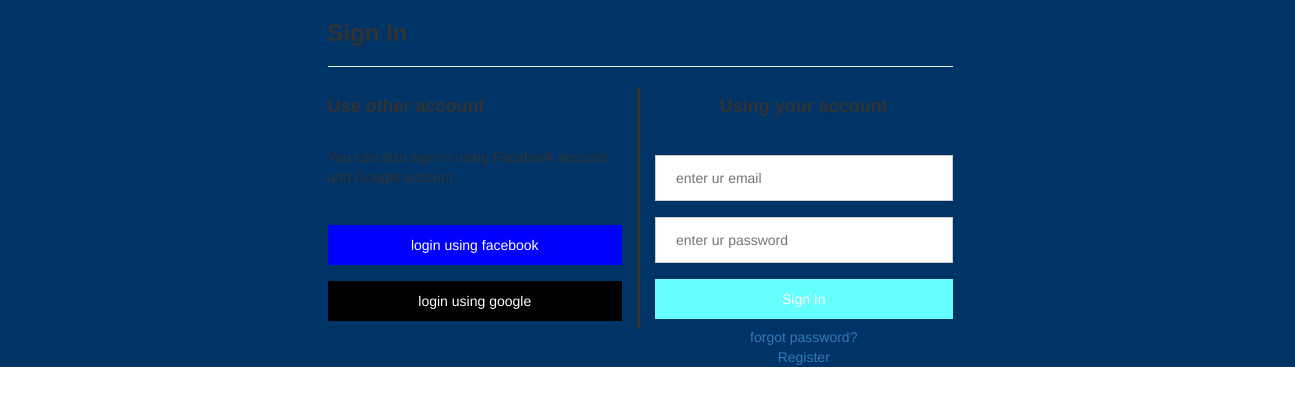
Repository: sujay-a-v/FunctionalPrograms
Page: http://localhost/CollegeApp/Signin.jsp
The author's editor kept a copy of each file at every save. The page is drawn from the files as they stood at one save, then again after the next save.
The browser window is 1280 px wide. The page is 1295 px wide, so the pictures cover 1295 px, including what lies to the right of the window. The pictures show the whole page.
Some web libraries are served in a nearby version. The page is served by Tomcat 9. Other server files are loaded and not shown.

Above is the page before, as saved 2017-10-29 05:39:25.
Console error: ReferenceError: $ is not defined

### Sujay/Servlet/CollegeApp/WebContent/Signin.jsp
<%@ page language="java" contentType="text/html; charset=UTF-8"
    pageEncoding="UTF-8"%>
<!DOCTYPE html PUBLIC "-//W3C//DTD HTML 4.01 Transitional//EN" "http://www.w3.org/TR/html4/loose.dtd">
<html>

<head>
<meta http-equiv="Content-Type" content="text/html; charset=UTF-8">
<title>LogIn page</title>
 <script type="text/javascript" src="javaScript/forgetpassword.js"></script>
<link href="cssFolder/login.css" rel="stylesheet" type="text/css">

<link rel="stylesheet" href="https://maxcdn.bootstrapcdn.com/bootstrap/3.3.7/css/bootstrap.min.css">
  <script src="https://ajax.googleapis.com/ajax/libs/jquery/3.2.1/jquery.min.js"></script>
  <script src="https://maxcdn.bootstrapcdn.com/bootstrap/3.3.7/js/bootstrap.min.js"></script>

</head>

<body >

<%
response.setHeader("Cache-Control", "no-cache");
response.setHeader("Cache-Control", "no-store");
response.setHeader("Pragma", "no-cache");
response.setDateHeader("Expires", 0);
String error = (String) session.getAttribute("error");

if(error!=null || error!="")
{
	error=null;
%>

	<!-- <p>Email or Password wrong</p>  -->

	<!-- <script >
	alert("Email or Password wrong");
	</script> -->
<%}

 %>

<!-- <div class="container"> -->
	<!-- <form name="loginpage" action="Verify" method="post"> -->
		<div align="center" >


				<div class="row" style="background-color: #003366">
					<div class="col-sm-3"></div>
					<div class="col-sm-6">
						<h3 align="left"><b>Sign In</b></h3>
						<hr >

						<div class="row">
							<div class="col-sm-6 vert">
								<h4 align="left"><b>Use other account</b></h4>
								<br>
								<p align="left" style="font-size:10">You can also sign in using Facebook account and Google
									account</p>
								<br>

								<button type="button" class="fbbutton" onclick="#">login using facebook</button>
								<br>

								<button type="button" class="gbutton">login using google</button>
								<br>

							</div>

							<div class="col-sm-6">

								<form name="loginpage" action="Verify" method="post">

								<h4 align="center"><b>Using your account</b></h4>
								<br> <input type="text" name="email"
									placeholder="enter ur email"> <br> <input
									type="password" name="Password" placeholder="enter ur password">
								<br> <input type="submit" value="Sign In"> <br>
								<!-- <a href="#" align="left">forgot password?</a><br> -->
								<a data-toggle="modal" data-target="#myModal" style="align:'left'">forgot password?    </a><br>
								<a href="Register.jsp">Register</a>

								</form>

							</div>


						</div>


					</div>
					<div class="col-sm-3"></div>
				</div>
			</div>
		</div>

	<!-- </div> -->


	<div class="modal fade" id="myModal" role="dialog">
    <div class="modal-dialog">

      <!-- Modal content-->
      <div class="modal-content">
        <div class="modal-header">
          <button type="button" class="close" data-dismiss="modal">&times;</button>
          <h4 class="modal-title">Forget Password</h4>
        </div>
        <!-- <form action="ForgetPW" method="post"> -->
        <div class="modal-body">
          <p>Enter your email</P>
          <input type="text" name="email" id="email">
        </div>
        <div class="modal-footer">

          <button type="button" class="btn btn-default" data-dismiss="modal">Close</button>
          <button type="submit" class="btn btn-default" onclick="forget()" >submit</button>

        </div>
       <!--  </form> -->
      </div>

    </div>
  </div>

  <!-- Modal -->
  <div class="modal fade" id="myModal1" role="dialog">
    <div class="modal-dialog">

      <!-- Modal content-->
      <div class="modal-content">

        <div class="modal-body">
          <p>your password .</p>

          <p ></p>
        </div>
        <div class="modal-footer">
          <button type="button" class="btn btn-default" data-dismiss="modal">Close</button>
        </div>
      </div>

    </div>
  </div>

</body>
</html>

### Sujay/Servlet/CollegeApp/WebContent/javaScript/forgetpassword.js
$('document').ready(function() {
	});

	function forget(){
		$.ajax({
			url : 'ForgetPW',
			type : 'post',
			data : {
				email : $("#email").val(),
			},
			success : function(data) {

				/*$('#password').val(data),*/
				$('#myModal').modal('hide');
				/*$('#myModal1').html(data).modal('show');*/
				alert("Your password is \n \n"+data);

			}

		});
	}

### Sujay/Servlet/CollegeApp/WebContent/cssFolder/login.css
@CHARSET "UTF-8";

hr{
background: black;
}

body{
	width: 100%;
}

input[type=text], input[type=password] {
    width: 100%;
    padding: 12px 20px;
    margin: 8px 0;
    display: inline-block;
    border: 1px solid #ccc;
    box-sizing: border-box;
}

input[type=submit] {
    background-color: #66ffff;
    color: white;
    padding: 10px 20px;
    margin: 8px 0;
    border: 1px;
    cursor: pointer;
    width: 100%;
}

.container{

}

.fbbutton {
	background-color:#0000ff;
	color: white;
	padding: 10px 20px;
	margin: 8px 0;
	border: 2px;
	cursor: pointer;
	width: 100%;
}

.gbutton {
	background-color:black;
	color: white;
	padding: 10px 20px;
	margin: 8px 0;
	border: 2px;
	cursor: pointer;
	width: 100%;
}

.vert{
border-right:  solid ;


}

After the next save:
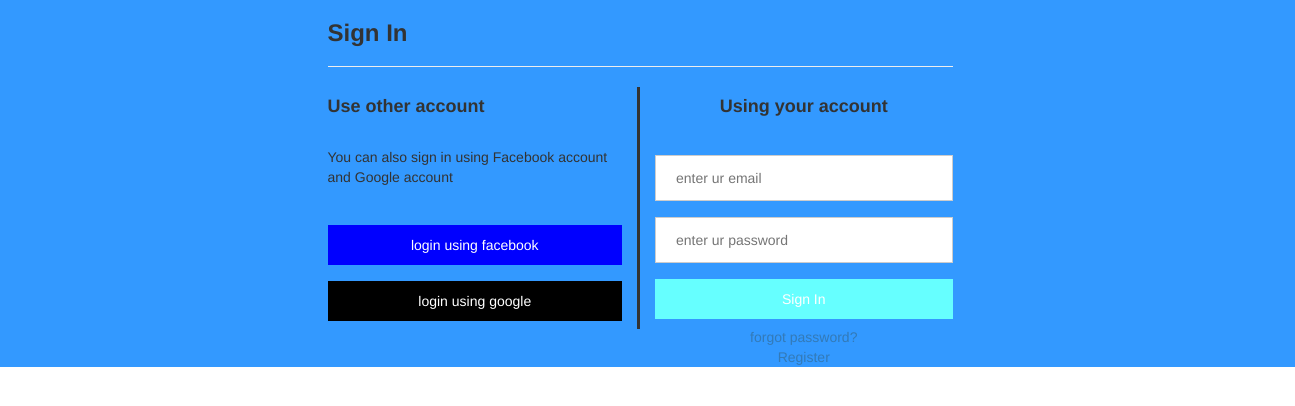
Saved 78 s later.
--- a/Sujay/Servlet/CollegeApp/WebContent/Signin.jsp
+++ b/Sujay/Servlet/CollegeApp/WebContent/Signin.jsp
@@ -43,7 +43,7 @@ if(error!=null || error!="")
 		<div align="center" >
 
 
-				<div class="row" style="background-color: #003366">
+				<div class="row" style="background-color:  #3399ff">
 					<div class="col-sm-3"></div>
 					<div class="col-sm-6">
 						<h3 align="left"><b>Sign In</b></h3>
